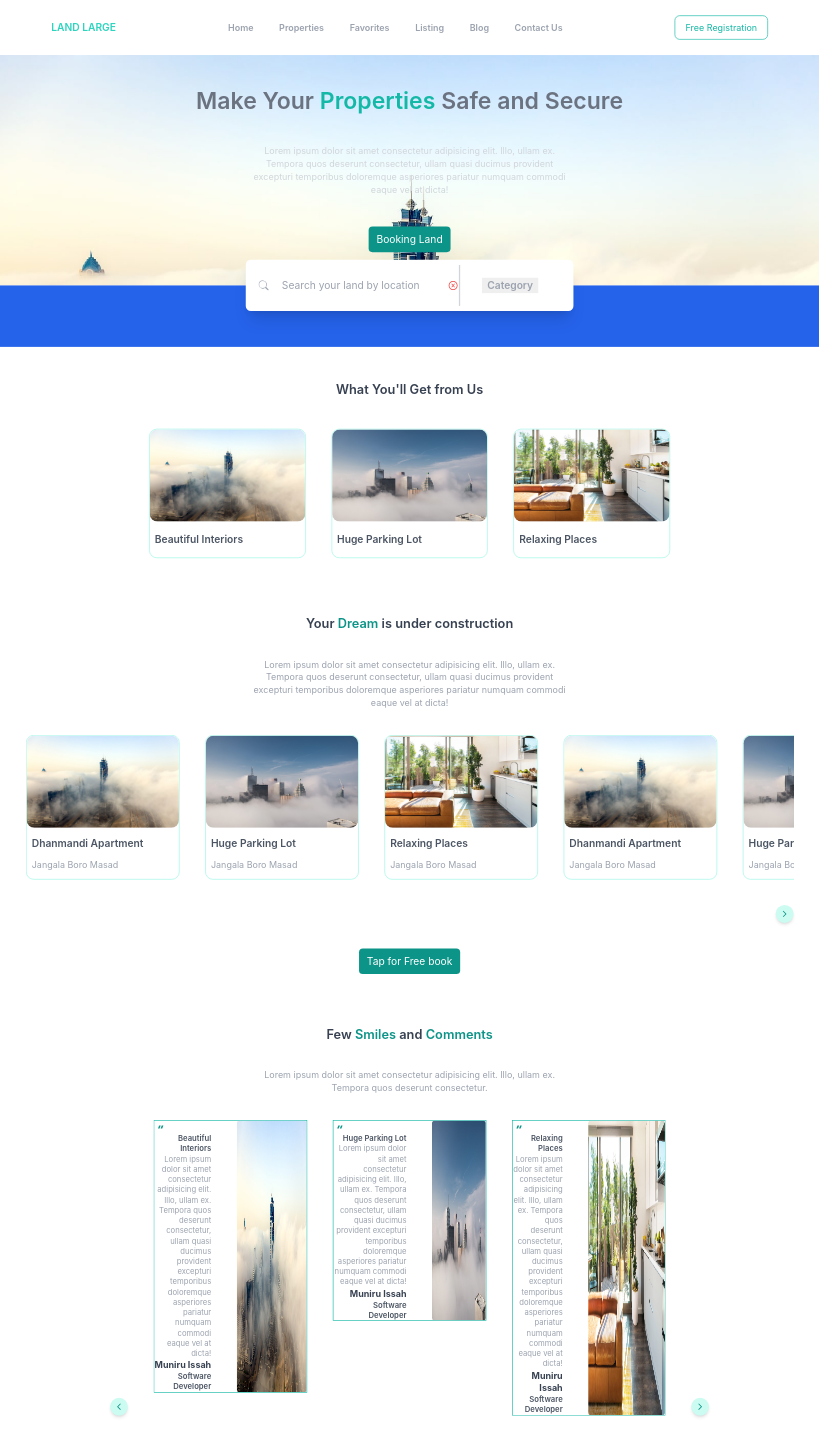
Repository: MuniruIssah/realestate
Page: /
These files come from the project's save history. The page is drawn as it stood at one moment and after the next save; the edit follows.
The browser window is 1280 px wide. The pictures show the whole page, at 64% of full size.
The project was rebuilt for these pictures with package versions that can differ from the ones it lists, and the page was loaded fresh each time. Also part of the build but not shown: src/App.css.

Above is the page before, as saved 2022-02-20 07:24:38.

### src/App.js
import logo from "./logo.svg";
import "./App.css";
import Header from "./components/Header";
import Jumbotron from "./components/Jumbotron";
import Search from "./components/Search";
import Services from "./components/Services";
import UnderConstruction from "./components/UnderConstruction";
import SmilesAndComments from "./components/SmilesAndComments";

function App() {
  return (
    <div className="h-screen">
      <Header />
      <Jumbotron />
      <Search />
      <Services />
      <UnderConstruction/>
      <SmilesAndComments/>
    </div>
  );
}

export default App;

### src/components/Header.js
import React from "react";
const links = [
  "Home",
  "Properties",
  "Favorites",
  "Listing",
  "Blog",
  "Contact Us",
];
const Header = () => {
  return (
    <div className="flex justify-between items-center px-3 lg:px-20 py-6">
      <span className="uppercase text-teal-400  font-semibold">land large</span>
      <div className="hidden lg:flex space-x-10 items-center">
        {links.map((link, index) => (
          <LinkItem key={index} name={link} />
        ))}
      </div>
      <button className="text-teal-500 border border-teal-500 rounded rounded-lg py-2 px-4 text-sm">
          Free Registration
      </button>
    </div>
  );
};

export default Header;

const LinkItem = ({ name }) => {
  return (
    <a href="#" className="text-gray-400 hover:text-teal-500 font-semibold text-sm">
      {name}
    </a>
  );
};

### src/components/Jumbotron.js
import React from "react";
import building from "../assets/building_cloud.jpg";
const Jumbotron = () => {
  return (
    <div
      style={{ backgroundImage: `url(${building})` }}
      className="h-3/6 flex flex-col justify-center items-center space-y-12 w-full  bg-no-repeat bg-cover"
    >
      <span className="lg:text-4xl text-gray-500 text-center font-semibold">
        Make Your <span className="text-teal-500">Properties</span> Safe and
        Secure
      </span>
      <p className="text-gray-300 text-sm text-center max-w-lg">
        Lorem ipsum dolor sit amet consectetur adipisicing elit. Illo, ullam ex.
        Tempora quos deserunt consectetur, ullam quasi ducimus provident
        excepturi temporibus doloremque asperiores pariatur numquam commodi
        eaque vel at dicta!
      </p>
      <button className="text-white bg-teal-600 py-2 px-3 rounded rounded-md">
          Booking Land
      </button>
    </div>
  );
};

export default Jumbotron;

### src/components/Search.js
import React from "react";
import { BsSearch } from "react-icons/bs";
import { AiOutlineCloseCircle } from "react-icons/ai";
const Search = () => {
  return (
    <div className="hidden lg:block  h-24 relative w-full bg-blue-600 mb-6">
      <div className="absolute h-20 w-full  -top-10">
        <div className="flex shadow shadow-xl h-full w-2/5 rounded rounded-lg bg-white mx-auto px-5 py-2">
          <div className="basis-2/3 flex items-center justify-center border-r-2 border-gray-300 space-x-5 ">
            <BsSearch className="text-gray-400" />
            <input
              type="text"
              className="w-60 outline-none text-gray-400"
              placeholder="Search your land by location"
            />
            <AiOutlineCloseCircle className="text-red-500" />
          </div>
          <div className="flex justify-center items-center basis-1/3">
            <select
              name="category"
              className="text-gray-400 outline-none px-2 font-semibold appearance-none"
              id=""
            >
              <option>Category</option>
            </select>
          </div>
        </div>
      </div>
    </div>
  );
};

export default Search;

### src/components/Services.js
import React from "react";
import interior from "../assets/interior.jpg";
import R from "../assets/R.png";
import building_cloud from "../assets/building_cloud.jpg";

const servicesList = [
  {
    image: building_cloud,
    service: "Beautiful Interiors",
  },
  {
    image: R,
    service: "Huge Parking Lot",
  },
  {
    image: interior,
    service: "Relaxing Places",
  },
];
const Services = () => {
  return (
    <div className="w-full flex flex-col justify-center items-center space-y-7 p-7">
      <h2 className="text-gray-700 text-xl font-semibold">
        What You'll Get from Us
      </h2>

      <div className=" md:flex  md:space-x-10 justify-center items-start w-full">
        {servicesList.map((service, index) => (
          <ServicesCard key={index} {...service} />
        ))}
      </div>
    </div>
  );
};

export default Services;

const ServicesCard = ({ image, service }) => {
  return (
    <div className="group w-full my-5 md:w-1/5 border border-teal-200 hover:bg-teal-600 hover:ring-teal-600 rounded rounded-xl">
      <img
        src={image}
        alt="service"
        className="w-full h-36 object-cover rounded rounded-xl group-hover:contrast-50"
      />
      <span className="block py-4 px-2 text-gray-600 font-semibold group-hover:text-white ">
        {service}
      </span>
      <button className="mx-3 mb-3 py-2 px-3 bg-white text-teal-600 group-hover:block hidden rounded rounded-2xl ">
        Know More
      </button>
    </div>
  );
};

### src/components/UnderConstruction.js
import React from "react";
import interior from "../assets/interior.jpg";
import R from "../assets/R.png";
import building_cloud from "../assets/building_cloud.jpg";
import { MdOutlineArrowForwardIos } from "react-icons/md";
const servicesList = [
  {
    image: building_cloud,
    service: "Dhanmandi Apartment",
    description: "Jangala Boro Masad",
  },
  {
    image: R,
    service: "Huge Parking Lot",
    description: "Jangala Boro Masad",
  },
  {
    image: interior,
    service: "Relaxing Places",
    description: "Jangala Boro Masad",
  },
  {
    image: building_cloud,
    service: "Dhanmandi Apartment",
    description: "Jangala Boro Masad",
  },
  {
    image: R,
    service: "Huge Parking Lot",
    description: "Jangala Boro Masad",
  },
  {
    image: interior,
    service: "Relaxing Places",
    description: "Jangala Boro Masad",
  },
  {
    image: building_cloud,
    service: "Dhanmandi Apartment",
    description: "Jangala Boro Masad",
  },
  {
    image: R,
    service: "Huge Parking Lot",
    description: "Jangala Boro Masad",
  },
  {
    image: interior,
    service: "Relaxing Places",
    description: "Jangala Boro Masad",
  },
];

const UnderConstruction = () => {
  return (
    <div className="w-full flex flex-col justify-center items-center space-y-10 p-10">
      <h2 className="text-gray-700 text-xl font-semibold">
        Your <span className="text-teal-600">Dream</span> is under construction
      </h2>
      <p className="text-gray-400 text-sm text-center max-w-lg">
        Lorem ipsum dolor sit amet consectetur adipisicing elit. Illo, ullam ex.
        Tempora quos deserunt consectetur, ullam quasi ducimus provident
        excepturi temporibus doloremque asperiores pariatur numquam commodi
        eaque vel at dicta!
      </p>
      <div className="w-full flex flex-no-wrap space-x-10 overflow-x-auto scroll-smooth scroll-pl-6 snap-x">
        {servicesList.map((service, index) => (
          <UnderConstructionCard key={index} {...service} />
        ))}
      </div>

      <button className="bg-teal-100 text-xs rounded rounded-full text-teal-600 p-2  self-end shadow-md">
        <MdOutlineArrowForwardIos />
      </button>
      <button className="text-white bg-teal-600 py-2 px-3 rounded rounded-md">
        Tap for Free book
      </button>
    </div>
  );
};

export default UnderConstruction;

const UnderConstructionCard = ({ image, service, description }) => {
  return (
    <div className="group snap-start flex-shrink-0  md:w-60 border border-teal-200 hover:bg-teal-600 hover:ring-teal-600 rounded rounded-xl">
      <img
        src={image}
        alt="service"
        className="w-full h-36 object-cover rounded rounded-xl group-hover:contrast-50"
      />
      <span className="block py-3 px-2 text-gray-600 font-semibold group-hover:text-white ">
        {service}
      </span>
      <span className="block pb-3 px-2 text-gray-400 text-sm  group-hover:text-white ">
        {description}
      </span>
      {/* <button className="mx-3 mb-3 py-2 px-3 bg-white text-teal-600 group-hover:block hidden rounded rounded-2xl ">
          Know More
        </button> */}
    </div>
  );
};

### src/components/SmilesAndComments.js
import React from "react";
import interior from "../assets/interior.jpg";
import R from "../assets/R.png";
import building_cloud from "../assets/building_cloud.jpg";
import {
  MdOutlineArrowForwardIos,
  MdOutlineArrowBackIos,
} from "react-icons/md";
import { CgQuote } from "react-icons/cg";
const commentList = [
  {
    image: building_cloud,
    title: "Beautiful Interiors",
    name: "Muniru Issah",
    role: "Software Developer",
    description: `Lorem ipsum dolor sit amet consectetur adipisicing elit. Illo, ullam ex.
    Tempora quos deserunt consectetur, ullam quasi ducimus provident
    excepturi temporibus doloremque asperiores pariatur numquam commodi
    eaque vel at dicta!`,
  },
  {
    image: R,
    title: "Huge Parking Lot",
    name: "Muniru Issah",
    role: "Software Developer",
    description: `Lorem ipsum dolor sit amet consectetur adipisicing elit. Illo, ullam ex.
    Tempora quos deserunt consectetur, ullam quasi ducimus provident
    excepturi temporibus doloremque asperiores pariatur numquam commodi
    eaque vel at dicta!`,
  },
  {
    image: interior,
    title: "Relaxing Places",
    name: "Muniru Issah",
    role: "Software Developer",
    description: `Lorem ipsum dolor sit amet consectetur adipisicing elit. Illo, ullam ex.
      Tempora quos deserunt consectetur, ullam quasi ducimus provident
      excepturi temporibus doloremque asperiores pariatur numquam commodi
      eaque vel at dicta!`,
  },
];
const SmilesAndComments = () => {
  return (
    <div className="w-full flex flex-col justify-center items-center space-y-10 p-10">
      <h2 className="text-gray-700 text-xl font-semibold">
        Few <span className="text-teal-600">Smiles</span> and{" "}
        <span className="text-teal-600">Comments</span>
      </h2>
      <p className="text-gray-400 text-sm text-center max-w-lg">
        Lorem ipsum dolor sit amet consectetur adipisicing elit. Illo, ullam ex.
        Tempora quos deserunt consectetur.
      </p>
      <div className="flex space-x-10 justify-center items-center ">
        <button className="bg-teal-100 text-xs rounded rounded-full text-teal-600 p-2  self-end shadow-md">
          <MdOutlineArrowBackIos />
        </button>
        <div className="basis-2/3 flex flex-no-wrap space-x-10 overflow-x-auto scroll-smooth scroll-pl-6 snap-x">
          {commentList.map((comment, index) => (
            <SmilesAndCommentCard key={index} {...comment} />
          ))}
        </div>
        <button className="bg-teal-100 text-xs rounded rounded-full text-teal-600 p-2  self-end shadow-md">
          <MdOutlineArrowForwardIos />
        </button>
      </div>
    </div>
  );
};

export default SmilesAndComments;

const SmilesAndCommentCard = ({ image, title, description, name, role }) => {
  return (
    <div className="w-full border border-teal-500 flex justify-center space-x-10 h-full">
      <div className="text-right flex flex-col">
        <CgQuote className="text-teal-600 text-xl" />
        <span className="font-semibold text-xs text-gray-600">
          {title}
        </span>
        <p className="text-gray-400 text-xs">
          {description}
        </p>
        <span className="font-bold text-sm text-gray-700">
            {name}
        </span>
        <span className="font-semibold text-xs text-gray-600">
          {role}
        </span>
      </div>
      <div className="">
        <img
          src={image}
          alt={title}
          className="rounded rounder-lg h-full hidden md:block object-center"
        />
      </div>
    </div>
  );
};

Loaded but not shown: public/index.html (common file); src/index.js (common file); src/index.css (common file); src/reportWebVitals.js (common file); tailwind.config.js (common file)

After the next save:
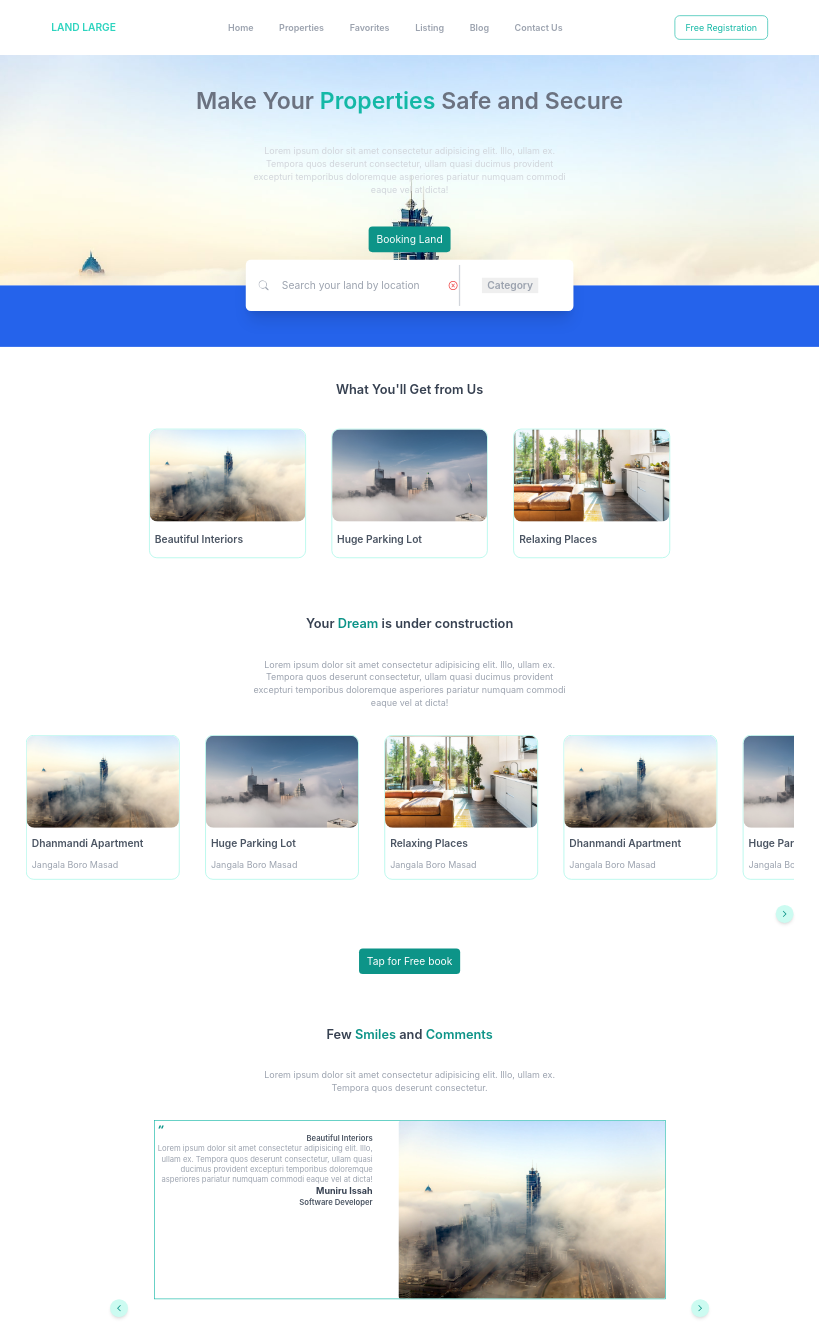
Saved 24 s later.
--- a/src/components/SmilesAndComments.js
+++ b/src/components/SmilesAndComments.js
@@ -71,7 +71,7 @@ export default SmilesAndComments;
 
 const SmilesAndCommentCard = ({ image, title, description, name, role }) => {
   return (
-    <div className="w-full border border-teal-500 flex justify-center space-x-10 h-full">
+    <div className="w-full flex-shrink-0 border border-teal-500 flex justify-center space-x-10 h-full">
       <div className="text-right flex flex-col">
         <CgQuote className="text-teal-600 text-xl" />
         <span className="font-semibold text-xs text-gray-600">
